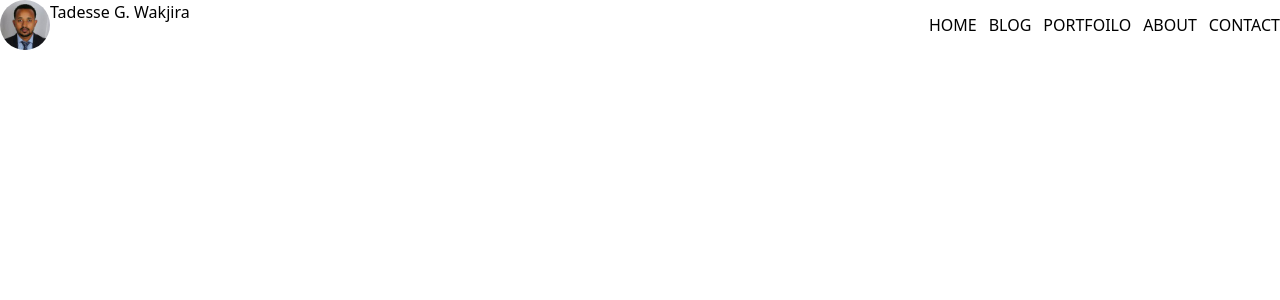
Repository: Elias-Kibret/Tade-portfoilo
Page: /
An editor plug-in stored every save of this project. The page is shown before and after the next save, followed by the edit.
The browser window is 1280 px wide. The pictures show the whole page.
The project was rebuilt for these pictures with package versions that can differ from the ones it lists, and the page was loaded fresh each time. The framework's server and built-in components were replaced by stand-ins that run in the browser. Also part of the build but not shown: next.config.js.

Above is the page before, as saved 2022-06-27 00:49:59.

### pages/index.tsx
import type { NextPage } from 'next'
import Head from 'next/head'
import Image from 'next/image'
import Header from '../components/Header'
const Home: NextPage = () => {
  return (
    <div>
      <Head>
        <title>Create Next App</title>
        <link rel="icon" href="/favicon.ico" />
      </Head>
      <Header/>
    </div>
  )
}

export default Home

### components/Header.tsx
import Head from "next/head"
import Link from "next/link"
import Image from "next/image"
import Logo from '../public/Img/Tadesse.jpg'
const Header = () => {
  return (
<header>
   <div className="flex justify-between items-center">
      <div className="flex">
       <div className="rounded-full">
       <Image className="rounded-full" src={Logo} alt="Taddes" width={50} height={50} />
       </div>
        <span>Tadesse G. Wakjira</span>
      </div>
      <div>
        <nav className="flex list-none space-x-3 ">
            <li >
                <Link href="">
                    <a> HOME</a>
                </Link>
            </li>
            <li>
                <Link href="">
                    <a> BLOG</a>
                </Link>
            </li>
            <li>
                <Link href="">
                    <a> PORTFOILO</a>
                </Link>
            </li>
            <li>
                <Link href="">
                    <a> ABOUT</a>
                </Link>
            </li>
            <li>
                <Link href="">
                    <a> CONTACT</a>
                </Link>
            </li>
        </nav>
      </div>
    </div>
</header>
  )
}

export default Header

Loaded but not shown: pages/_app.tsx (common file); styles/globals.css (common file); tailwind.config.js (common file)

After the next save:
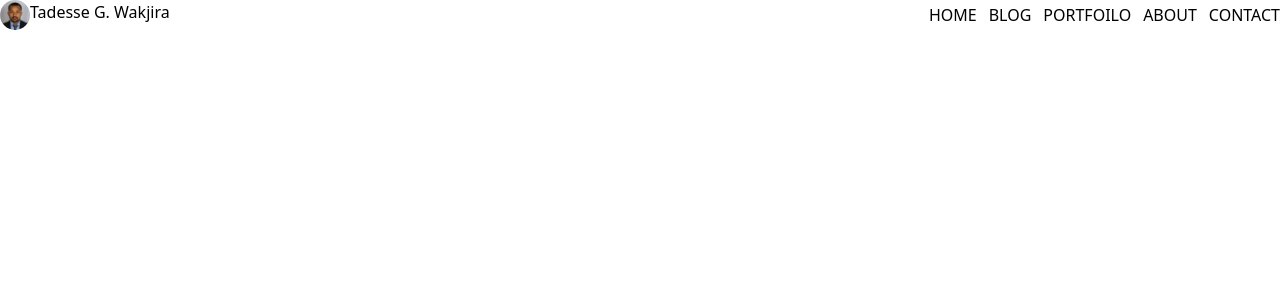
Saved 49 s later.
--- a/components/Header.tsx
+++ b/components/Header.tsx
@@ -8,7 +8,7 @@ const Header = () => {
    <div className="flex justify-between items-center">
       <div className="flex">
        <div className="rounded-full">
-       <Image className="rounded-full" src={Logo} alt="Taddes" width={50} height={50} />
+       <Image className="rounded-full" src={Logo} alt="Taddes" width={30} height={300} />
        </div>
         <span>Tadesse G. Wakjira</span>
       </div>
